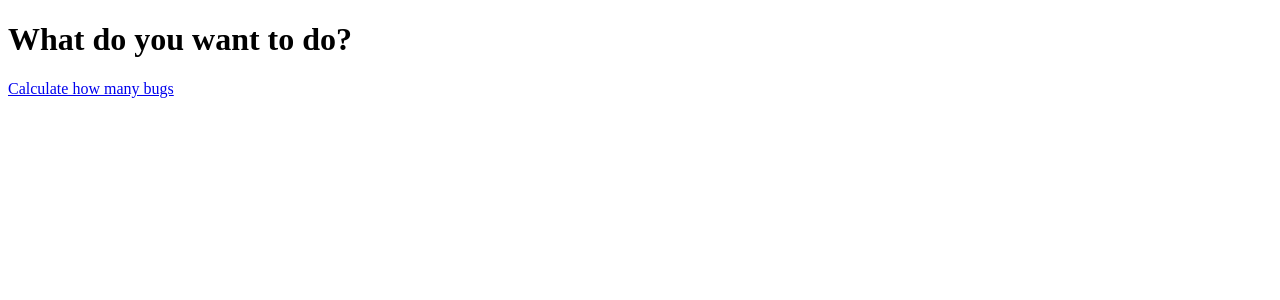
Repository: champloo2/JSPServeletCIS175
Page: http://localhost/TFeeder/
These files come from the project's save history. The page is drawn as it stood at one moment and after the next save; the edit follows.
The browser window is 1280 px wide. The pictures show the whole page.
The page is served by Tomcat 9. Other server files are loaded and not shown.

Above is the page before, as saved 2020-02-12 00:30:09.

### TFeeder/WebContent/index.jsp
<%@ page language="java" contentType="text/html; charset=ISO-8859-1"
    pageEncoding="ISO-8859-1"%>
<!DOCTYPE html>
<html>
<head>
<meta charset="ISO-8859-1">
<title>Welcome to the T Feeder</title>
</head>
<body>
<h1>What do you want to do?</h1>
<a href="bugCalc.jsp">Calculate how many bugs</a>
</body>
</html>

After the next save:
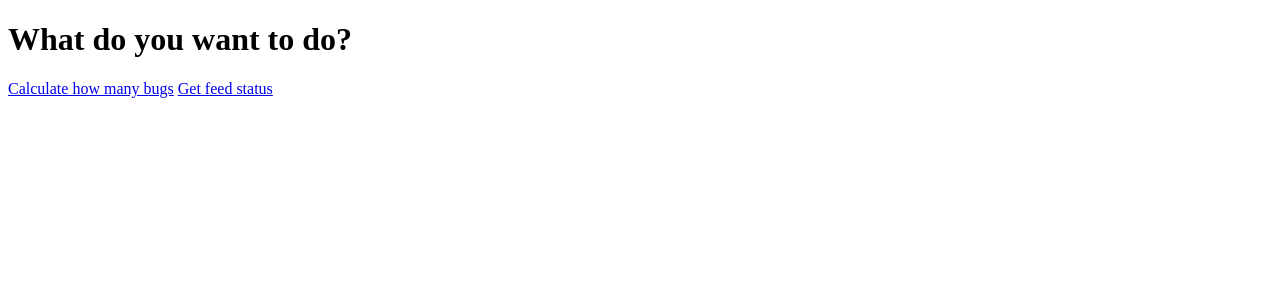
Saved 2 min 50 s later.
--- a/TFeeder/WebContent/index.jsp
+++ b/TFeeder/WebContent/index.jsp
@@ -9,5 +9,6 @@
 <body>
 <h1>What do you want to do?</h1>
 <a href="bugCalc.jsp">Calculate how many bugs</a>
+<a href="status.jsp">Get feed status</a>
 </body>
 </html>
